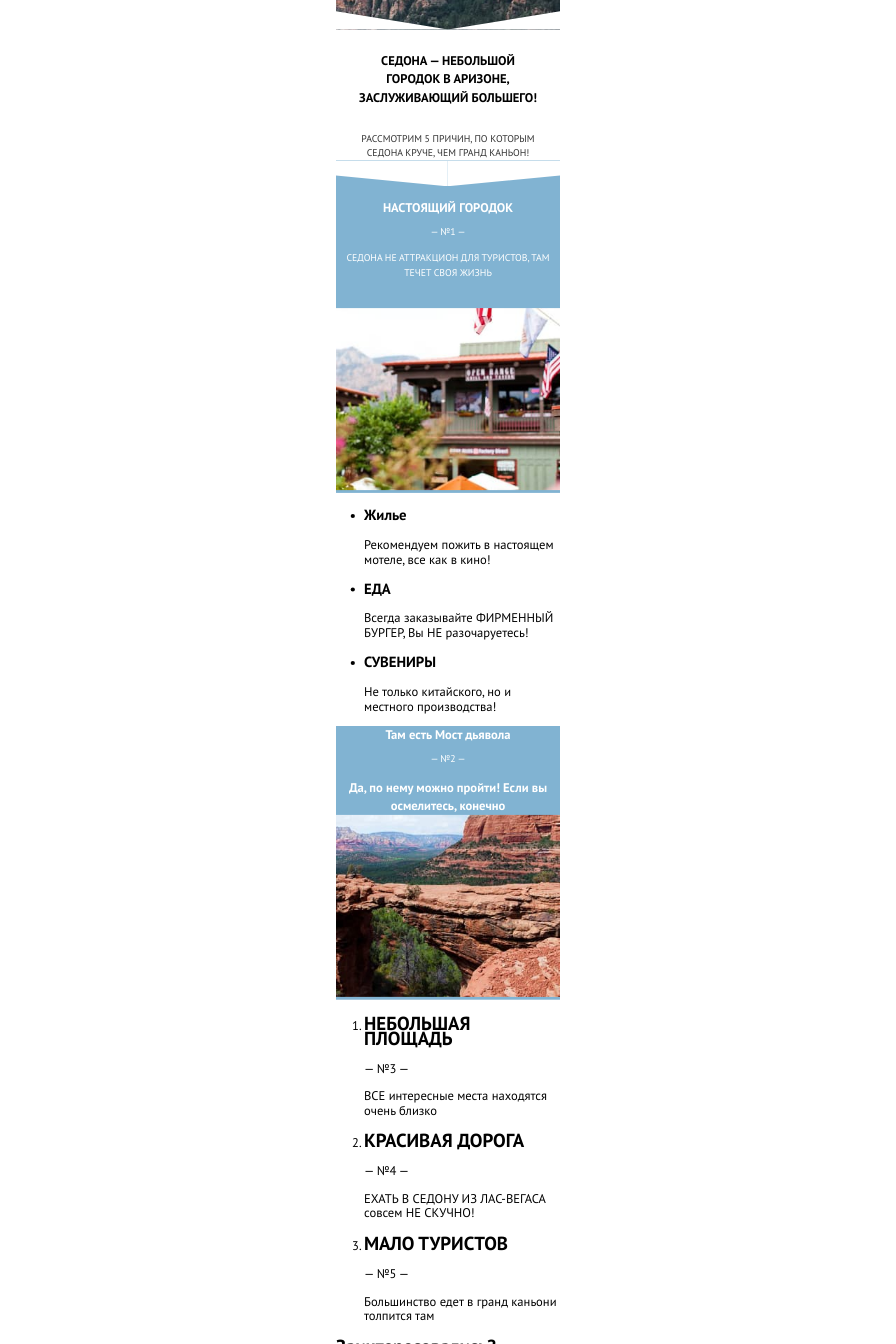
Repository: iKrekus/2149661-sedona-27
Page: source/index.html
The author's editor kept a copy of each file at every save. The page is drawn from the files as they stood at one save, then again after the next save.
The browser window is 1280 px wide. The pictures show the part of the page from y = 403 to 2323 px (the page is 2932 px tall before and 2900 px after), at 70% of full size.
The style sheet was rebuilt from its Sass, Less or Tailwind sources for each picture, by a compiler version that may differ from the author's.

Above is the page before, as saved 2022-12-05 10:50:43.

After the next save:
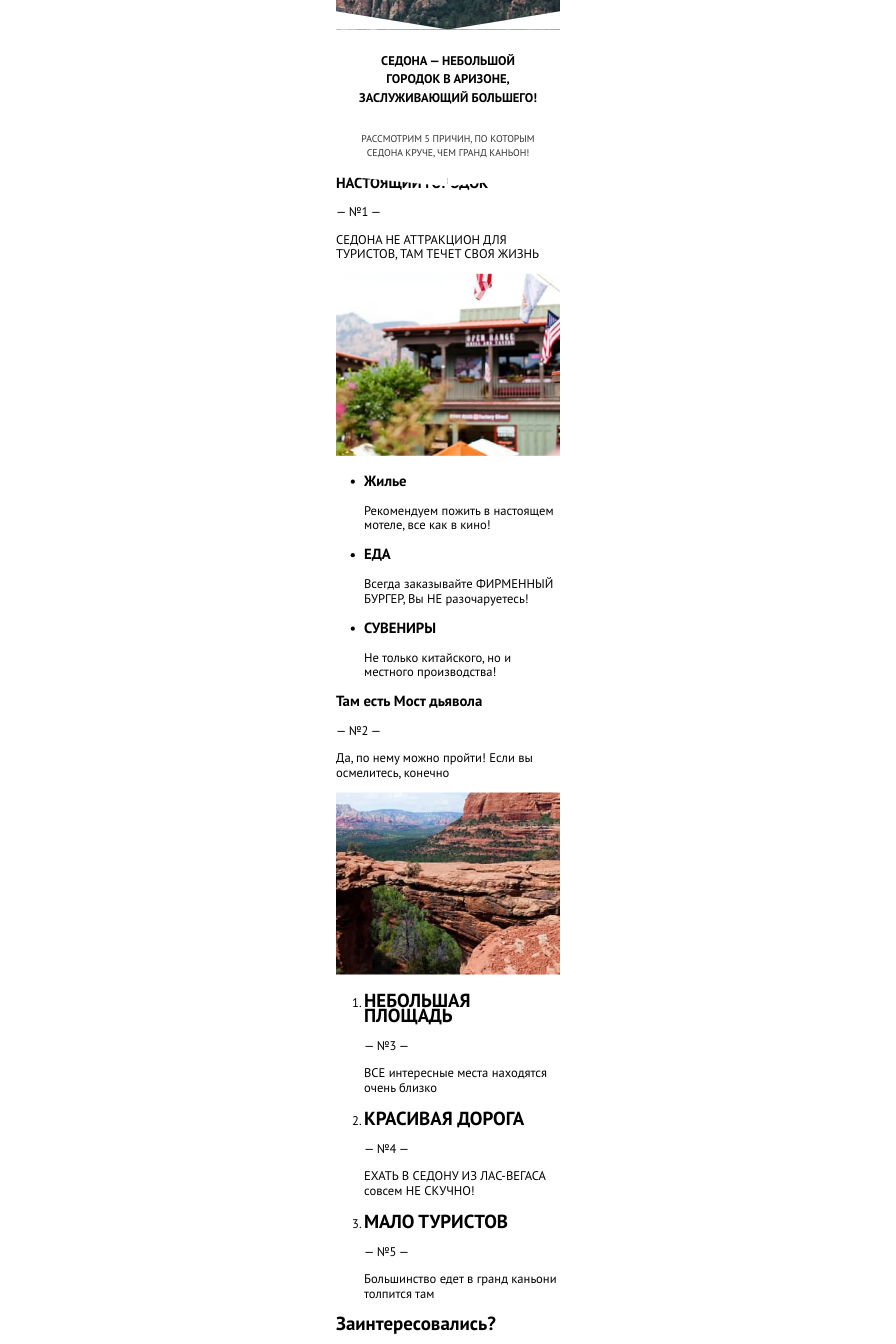
Saved 10 s later.
--- a/source/sass/blocks/body/features.scss
+++ b/source/sass/blocks/body/features.scss
@@ -1,4 +1,4 @@
-@use "../mixins.scss" as mixin;
+/* @use "../mixins.scss" as mixin;
 @use "../variables.scss" as var;
 
 .features {
@@ -30,3 +30,4 @@
   color: var.$light-text-color;
   margin: 0;
 }
+ */

After the save that followed:
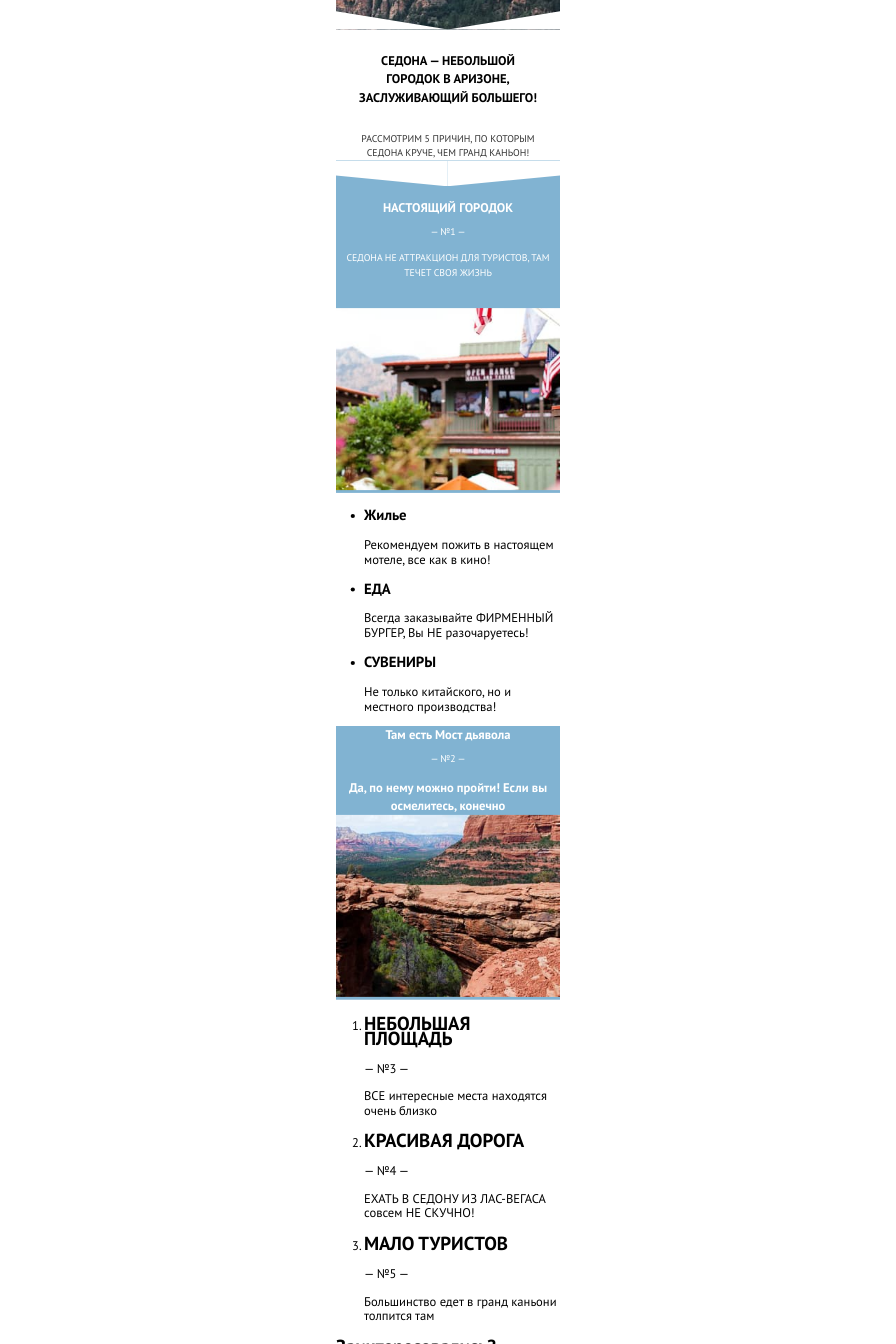
Saved 6 s later.
--- a/source/sass/blocks/body/features.scss
+++ b/source/sass/blocks/body/features.scss
@@ -1,4 +1,4 @@
-/* @use "../mixins.scss" as mixin;
+@use "../mixins.scss" as mixin;
 @use "../variables.scss" as var;
 
 .features {
@@ -30,4 +30,3 @@
   color: var.$light-text-color;
   margin: 0;
 }
- */
